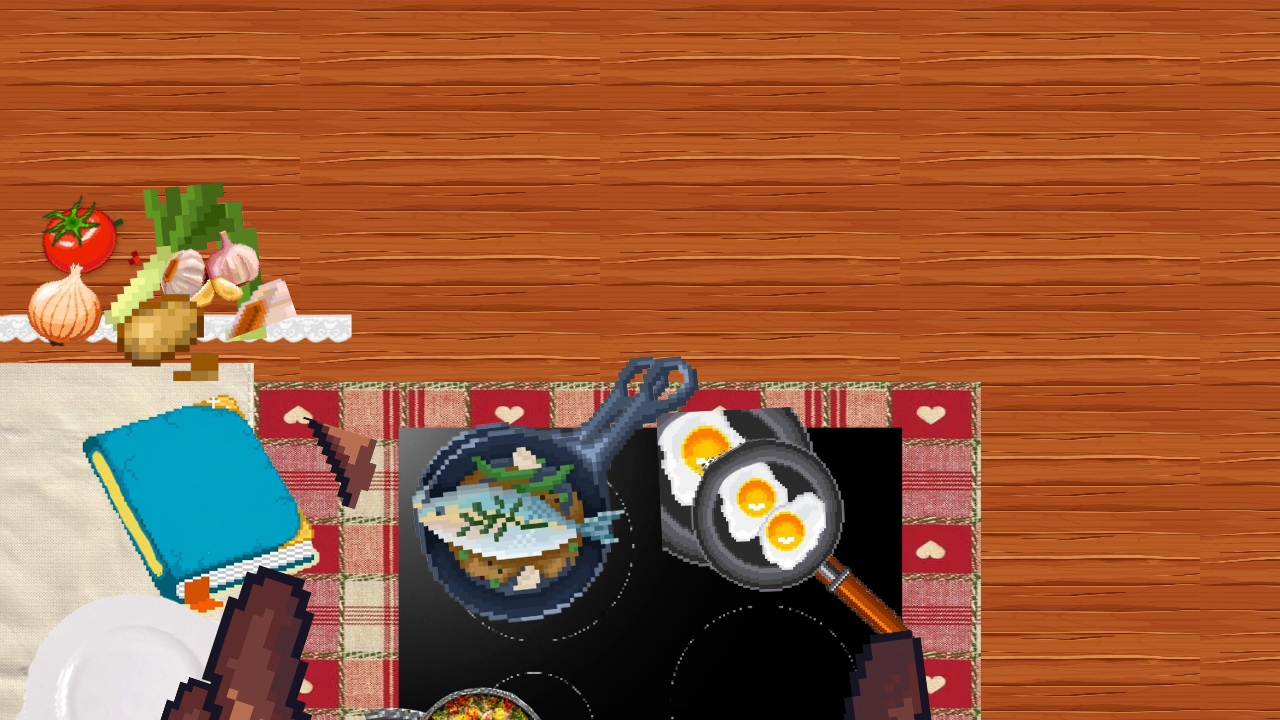
Repository: AJamdonuts/ToddyTalks
Page: playingaround2/pages/chefsujin.html
The author's editor kept a copy of each file at every save. The page is drawn from the files as they stood at one save, then again after the next save.
The browser window is 1280 px wide. The pictures show the whole page.

Above is the page before, as saved 2025-11-26 20:19:46.

After the next save:
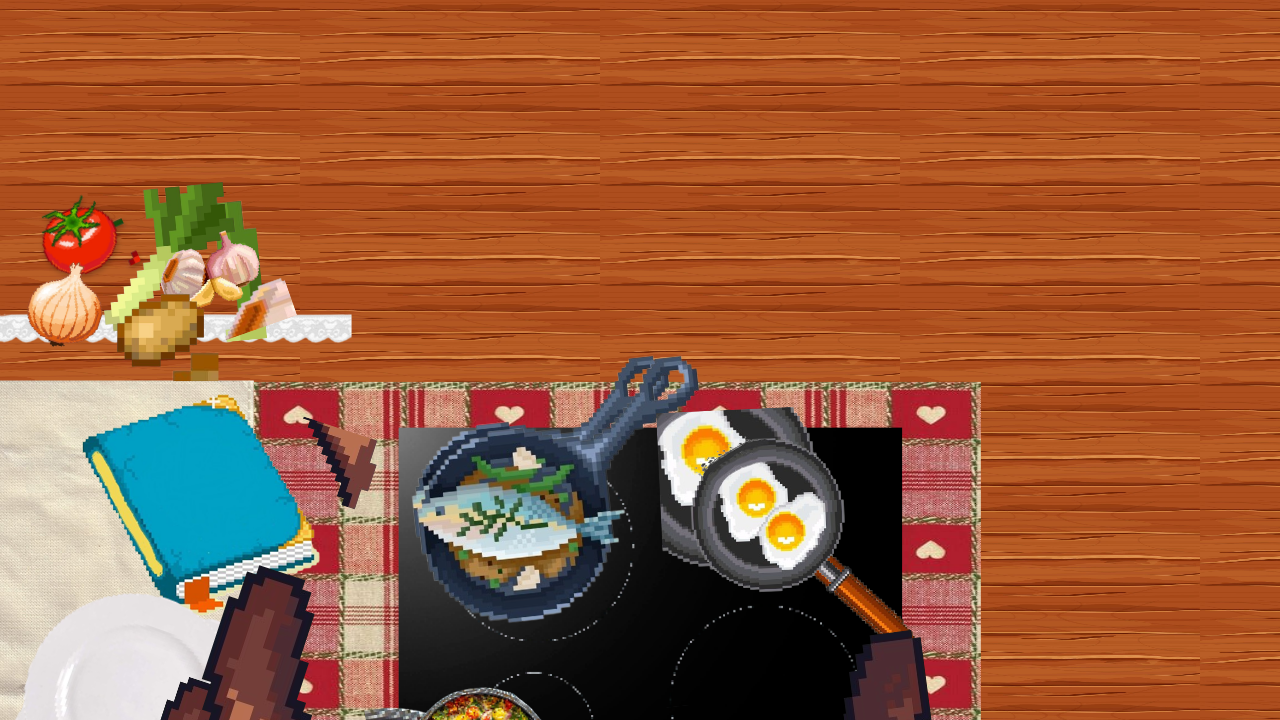
Saved 14 s later.
--- a/playingaround2/styles/chefsujin.css
+++ b/playingaround2/styles/chefsujin.css
@@ -158,7 +158,7 @@ background: url(pxArt-2.png);
     width: 476px;
     height: 700px;
     left: -115px;
-    top: 300px;
+    top: 325px;
     background: url(b41e50d46e26e9463ce130b2da7a46aa.jpg);
 }
 
